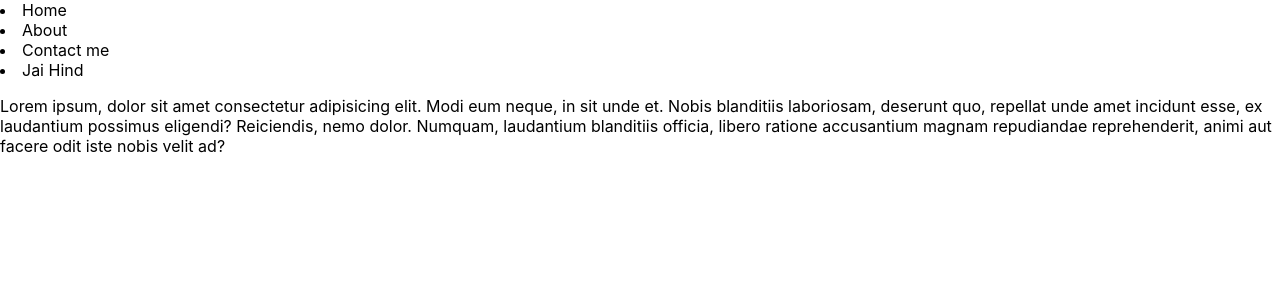
Repository: ASHUTOSH30LUV/news
Page: /
The author's editor kept a copy of each file at every save. The page is drawn from the files as they stood at one save, then again after the next save.
The browser window is 1280 px wide. The pictures show the whole page.
The project was rebuilt for these pictures with package versions that can differ from the ones it lists, and the page was loaded fresh each time. Also part of the build but not shown: src/App.css.

Above is the page before, as saved 2024-07-27 17:14:46.

After the next save:
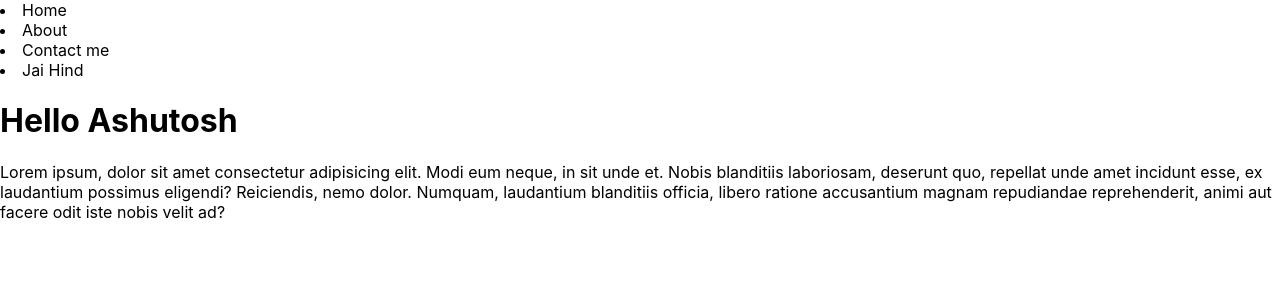
Saved 106 s later.
--- a/src/App.js
+++ b/src/App.js
@@ -1,6 +1,7 @@
 // import logo from './logo.svg';
 import './App.css';
 
+let name = "Ashutosh";
 function App() {
   return (
     <>
@@ -11,6 +12,7 @@ function App() {
       <li>Jai Hind</li>
     </nav>
     <div className="container">
+      <h1>Hello {name}</h1>
       <p>Lorem ipsum, dolor sit amet consectetur adipisicing elit. Modi eum neque, in sit unde et. Nobis blanditiis laboriosam, deserunt quo, repellat unde amet incidunt esse, ex laudantium possimus eligendi? Reiciendis, nemo dolor. Numquam, laudantium blanditiis officia, libero ratione accusantium magnam repudiandae reprehenderit, animi aut facere odit iste nobis velit ad?</p>
     </div>
     </>
